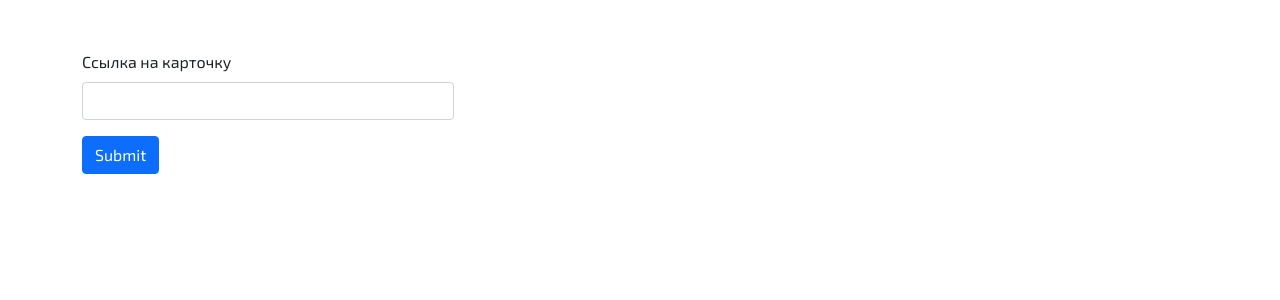
Repository: yozuul/wildberries-product-card-parser-api-exchange
Page: public/index.html
These files come from the project's save history. The page is drawn as it stood at one moment and after the next save; the edit follows.
The browser window is 1280 px wide. The pictures show the whole page.

Above is the page before, as saved 2021-08-18 18:59:52.

After the next save:
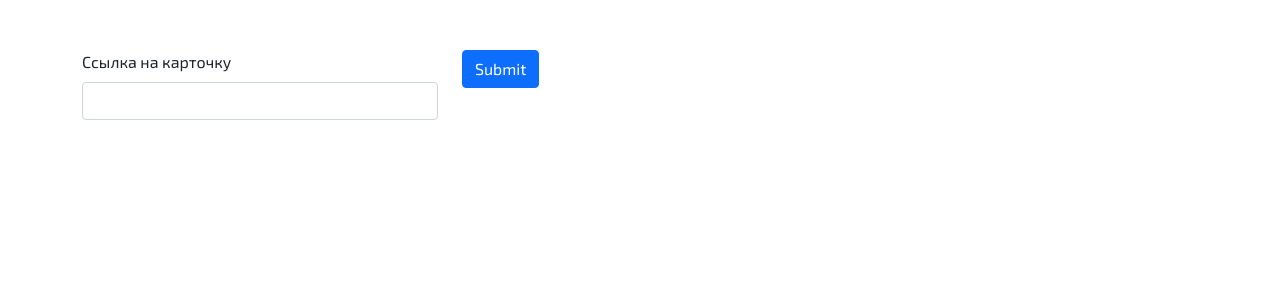
Saved 20 s later.
--- a/public/index.html
+++ b/public/index.html
@@ -13,8 +13,7 @@
 
 <body>
    <div class="container">
-      <div class="row parser_form_wrapper">
-         <form>
+      <form class="row parser_form_wrapper">
             <div class="mb-3 col-4">
                <label for="cardProductURL" class="form-label">Ссылка на карточку</label>
                <input type="email" class="form-control" id="cardProductURL">
@@ -23,7 +22,6 @@
                <button type="submit" class="btn btn-primary">Submit</button>
             </div>
 
-          </form>
          <!-- <div class="col">
             <h3>Парсер</h3>
             <form name="parseForm">
@@ -32,7 +30,7 @@
                <button id="parseData">Спарсить</button>
             </form>
          </div> -->
-      </div>
+      </form>
       <!-- <div class="row">
         <div class="col">
           Column
